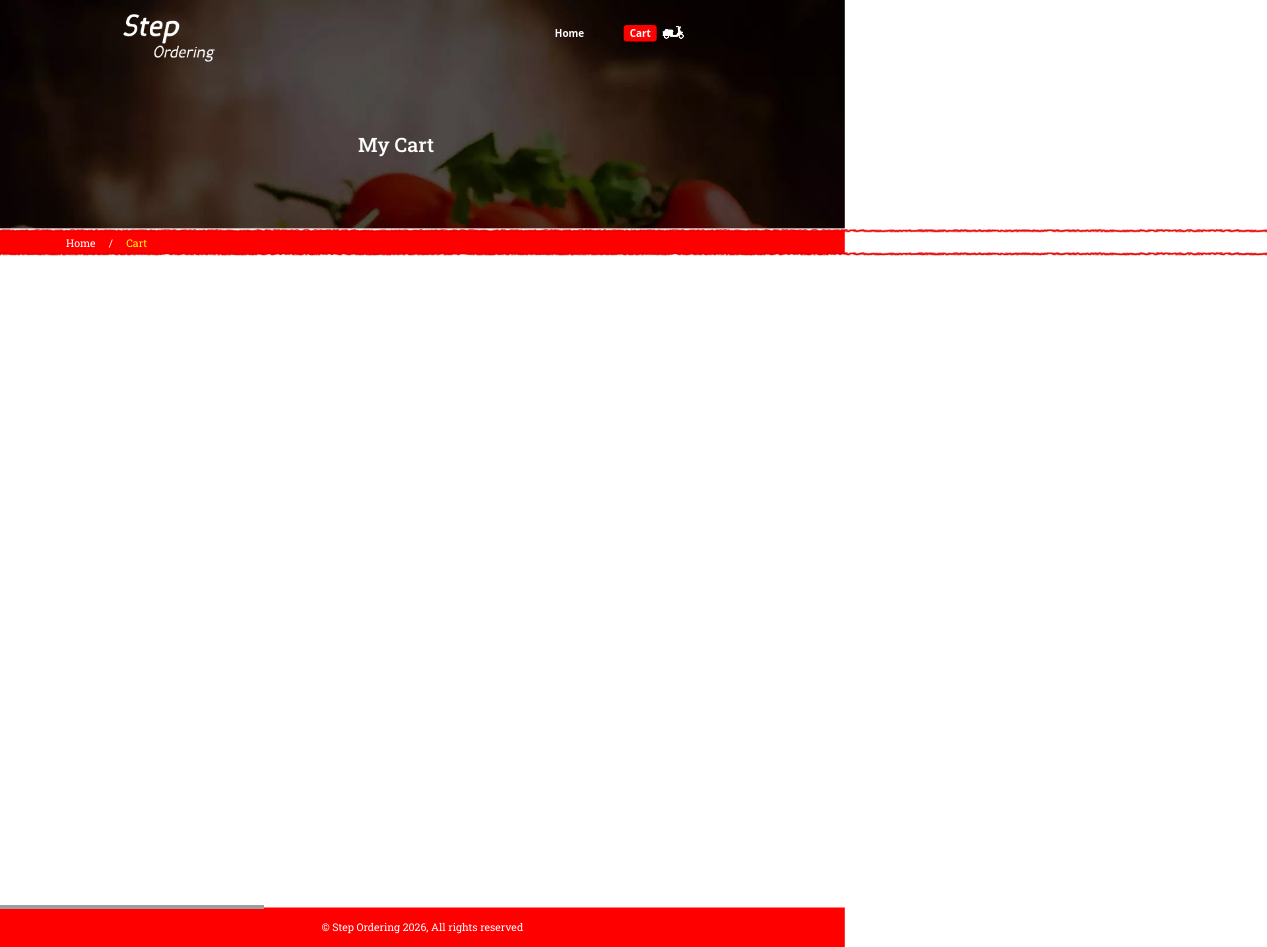
Repository: anastasia29-step/OnlineRestaurant
Page: Cart.html
The author's editor kept a copy of each file at every save. The page is drawn from the files as they stood at one save, then again after a run of saves.
The browser window is 1280 px wide. The page is 1920 px wide, so the pictures cover 1920 px, including what lies to the right of the window. The pictures show the whole page, at 66% of full size.
Pictures or frames that could not be fetched are drawn as grey boxes. Some web libraries are served in a nearby version.

Above is the page before, as saved 2026-03-11 20:40:25.

After the next 4 saves:
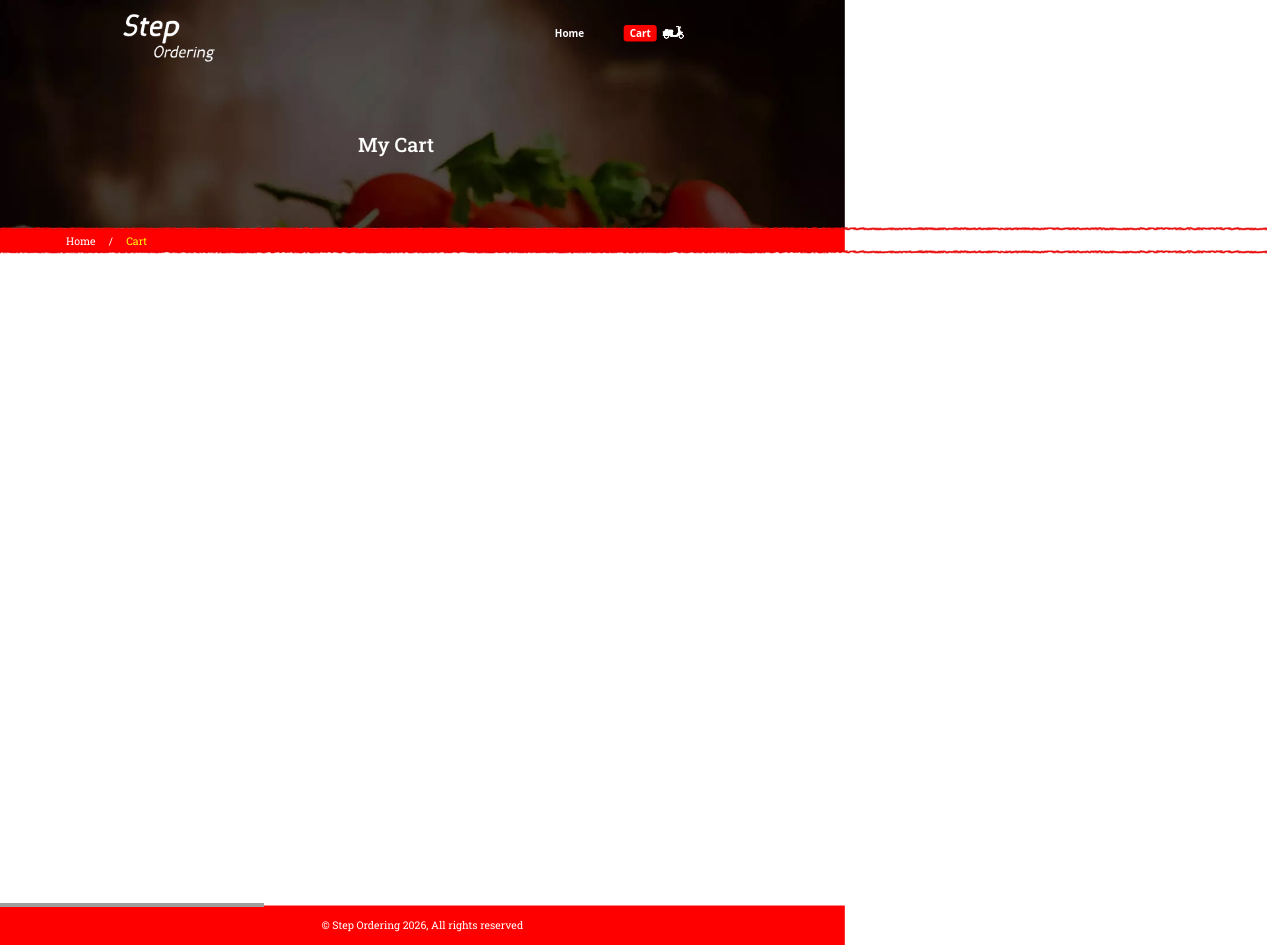
The 4 saves are shown as one change because they came seconds apart.
The last was saved 28 s later.
--- a/cart.css
+++ b/cart.css
@@ -28,7 +28,7 @@
 .fisrtimg {
     width: 100%;
     height: 15px;
-    margin-top: -11px;
+    margin-top: -14px;
 }
 
 .secondimg {
